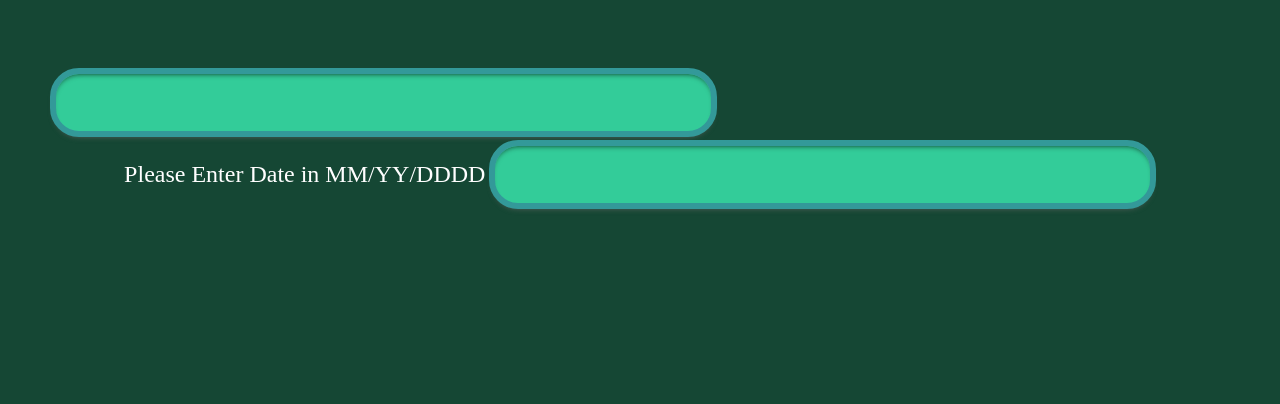
Repository: prajaktamore/Web-Based-Programming-3
Page: http://localhost/BinaryCalculator/Retention.jsp
These files come from the project's save history. The page is drawn as it stood at one moment and after the next save; the edit follows.
The browser window is 1280 px wide. The pictures show the whole page.
The page is served by Tomcat 9. Other server files are loaded and not shown.

Above is the page before, as saved 2014-05-04 18:17:30.

### BinaryCalculator/WebContent/Retention.jsp
<%@ page language="java" contentType="text/html; charset=ISO-8859-1"
    pageEncoding="ISO-8859-1"%>
<!DOCTYPE html PUBLIC "-//W3C//DTD HTML 4.01 Transitional//EN" "http://www.w3.org/TR/html4/loose.dtd">
<html>
<head>
<meta http-equiv="Content-Type" content="text/html; charset=ISO-8859-1">
<title>Retention Older Awards</title>
<link href="more.css" rel="stylesheet" type="text/css" />
<script type="text/javascript">
function checkDate(varBirthDate) {

            var month = varBirthDate.substring(0, 2);
            var date = varBirthDate.substring(3, 5);
            var year = varBirthDate.substring(6, 10);

			if(parseInt(month) < 1 || parseInt(month) > 12){
			return false;
			}else if(parseInt(date) < 1 || parseInt(date) > 31){
			return false;
			}else if(parseInt(year) < 1900 || parseInt(year) > 2014){
			return false;
			}
            var myDate = new Date(year, month - 1, date);
            var today = new Date();
			var date = new Date();
			var intYear = date.getFullYear() - 1;

		     if (myDate > today || parseInt(year) >= intYear) {
                return false;
            }
            else {
                return true;
            }
}


function validateform1() {
		var varBirthDate = /^(\d{2,2})(\/)(\d{2,2})\2(\d{4}|\d{4})$/;
		if(!(varBirthDate.test(document.getElementById("r1").value) && checkDate(document.getElementById("r1").value)))
		{
			alert("Please enter a valid birth date MM/DD/YYYY and Date Not Greater Than Today. Atleast One year Older Date");
			document.getElementById("r1").select();
			document.getElementById("r1").focus();
			return false;
		}

		var r=confirm("Confirmation : Are you sure you want to delete click ok and click Delete Button");
		if (r==true)
		  {
		  	document.getElementById('Delete').style.visibility='visible';
		  }
		else
		  {
		  	alert("You have cancelled Deletion");
		  }

}

</script>
</head>
<body>
<form method="POST" action="Retention">
<br><input type="text" readonly="readonly" name="username" id="username" value="${sessionScope.username}" style ="background: #33CC99; height:55px; width: 600px;text-align:right;font-size:35px; border-radius: 2em; border:6px solid #339999;border-radius:29px; color: #fff; padding-left: 1.5em; outline: none; box-shadow: 0 4px 6px -5px hsl(0, 0%, 40%), inset 0px 4px 6px -5px hsl(0, 0%, 2%)" >

  <table width="page" align="center" >

					<tr>
					  <td height="40" align="center"> <label style="color:#ffffff;font-size:24px" >Please Enter Date in MM/YY/DDDD</label> </td>
             			 <td align="center"> <input id="r1" name="r1" type="text"  onchange="validateform1()" style ="background: #33CC99; height:55px; width: 600px;text-align:right;font-size:35px; border-radius: 2em; border:6px solid #339999;border-radius:29px; color: #fff; padding-left: 1.5em; outline: none; box-shadow: 0 4px 6px -5px hsl(0, 0%, 40%), inset 0px 4px 6px -5px hsl(0, 0%, 2%)"/></td>
 					</tr>
  					<tr>
						<td align="center"><input type="submit"  id="Delete" name="Delete" value="Delete" style="visibility:hidden;background-color: #2e466e; color: #ffff; border-radius: 10px;border:6px solid #1f2f47;border-radius:29px;padding:16px 57px;text-shadow:0px 1px 0px #263666;font-size:20px;">
					</tr>
 </table>
 </form>
</body>
</html>

### BinaryCalculator/WebContent/more.css
/*
    author : Prajakta More
    date created : 11 Feb 2014
	Version:  1
    copyright information : Binghamton University
*/

/*Defines style for body tag all fields declared in body tag will follow below style for margins and background*/
body
{
margin-top:50px;
margin-left:50px;
margin-right:50px;
margin-bottom:50px;
background:#154734;
}



input#submit {
    padding: 4px 40px;
    /*give the background a gradient*/
    background:#ffae00; /*fallback for browsers that don't support gradients*/
    background: -webkit-linear-gradient(top, #ffae00, #d67600);
    background: -moz-linear-gradient(top, #ffae00, #d67600);
    background: -o-linear-gradient(top, #ffae00, #d67600);
    background: linear-gradient(top, #ffae00, #d67600);
    border:2px outset #dad9d8;
    /*style the text*/
    font-family:Andika, Arial, sans-serif;
    font-size:1.1em;
    letter-spacing:0.05em;
    text-transform:uppercase;
    color:#fff;
    text-shadow: 0px 1px 10px #000;
    /*add to small curve to the corners of the button*/
    -webkit-border-radius: 15px;
    -moz-border-radius: 15px;
    border-radius: 15px;
    /*give the button a drop shadow*/
    -webkit-box-shadow: rgba(0, 0, 0, .55) 0 1px 6px;
    -moz-box-shadow: rgba(0, 0, 0, .55) 0 1px 6px;
    box-shadow: rgba(0, 0, 0, .55) 0 1px 6px;
    }
    /****NOW STYLE THE BUTTON'S HOVER STATE***/
    input#submit:hover, input#submit:focus {
    border:2px solid #dad9d8;
    }



/*Defines style for table tag all fields declared in table tag will follow below style for border*/
table
{
border: 0px solid #154734;
content-type:text/plain;
charset=iso-8859-1 ;
}
/*Defines style for table data tag all fields declared in table data tag will follow below style for border and text color */
td
{
border: 0px solid #154734;
color:white;
}
/*Defines style for paragraph tag  with class type defined as ex2 all fields declared in paragraph tag will follow below style for font, color, text align*/
p.ex2
{
font:30px arial,sans-serif,centre;
color:#ffffff;
text-align:center;
}
/*Defines style for paragraph tag  with class type defined as ex1 all fields declared in paragraph tag will follow below style for font, color, text align*/
p.ex1
{
font:18px arial,sans-serif,centre;
color:#ffffff;
text-align:center;
}
/*Defines style for img tag all with class name as ex3 fields declared in img tag will
follow below style for margins, background, padding, border, background -color, height, width, float, text- align*/
img.ex3
{
  margin: 5px;
  padding: 5px;
  background-color: #ffffff;
  border: 3px solid #ffffff;
  height: 375px;
  width: 250px;
  float: left;
  text-align: left;
}
/*Defines style for a href tag and its properties for different states as link, visited, hover, active*/
a:link {text-decoration:none;
background-color:#66CCCC;
color:#000000;
}
a:visited {text-decoration:none;
background-color:#9999CC;
color:#660033;
}
a:hover {text-decoration:underline;
background-color:#CC99CC;
color:#000033;
}
a:active {text-decoration:underline;
background-color:#FF99CC;
color:#330000;
}

After the next save:
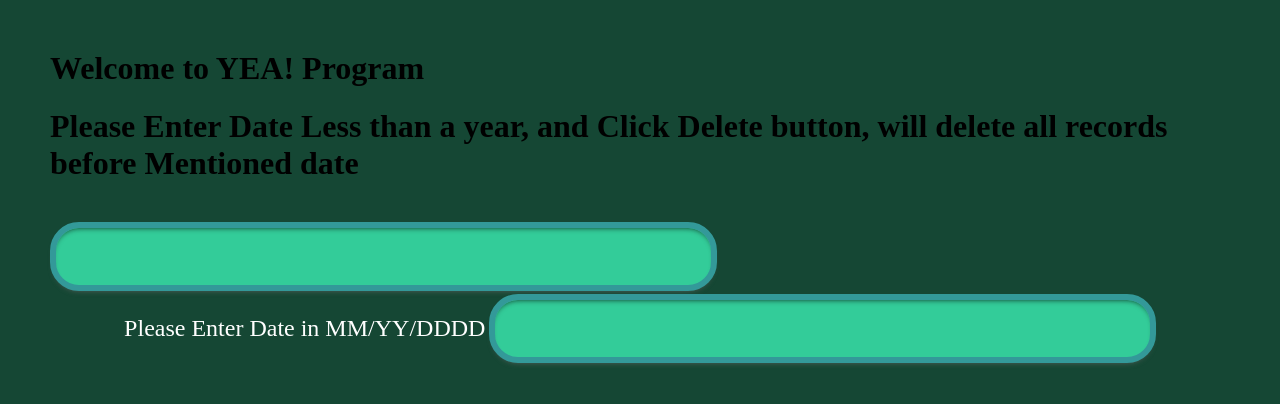
Saved 83 s later.
--- a/BinaryCalculator/WebContent/Retention.jsp
+++ b/BinaryCalculator/WebContent/Retention.jsp
@@ -60,6 +60,9 @@ function validateform1() {
 </head>
 <body>
 <form method="POST" action="Retention">
+<h1>Welcome to YEA! Program</h1>
+<h1>Please Enter Date Less than a year, and Click Delete button, will delete all records before Mentioned date</h1>
+
 <br><input type="text" readonly="readonly" name="username" id="username" value="${sessionScope.username}" style ="background: #33CC99; height:55px; width: 600px;text-align:right;font-size:35px; border-radius: 2em; border:6px solid #339999;border-radius:29px; color: #fff; padding-left: 1.5em; outline: none; box-shadow: 0 4px 6px -5px hsl(0, 0%, 40%), inset 0px 4px 6px -5px hsl(0, 0%, 2%)" >
 
   <table width="page" align="center" >
